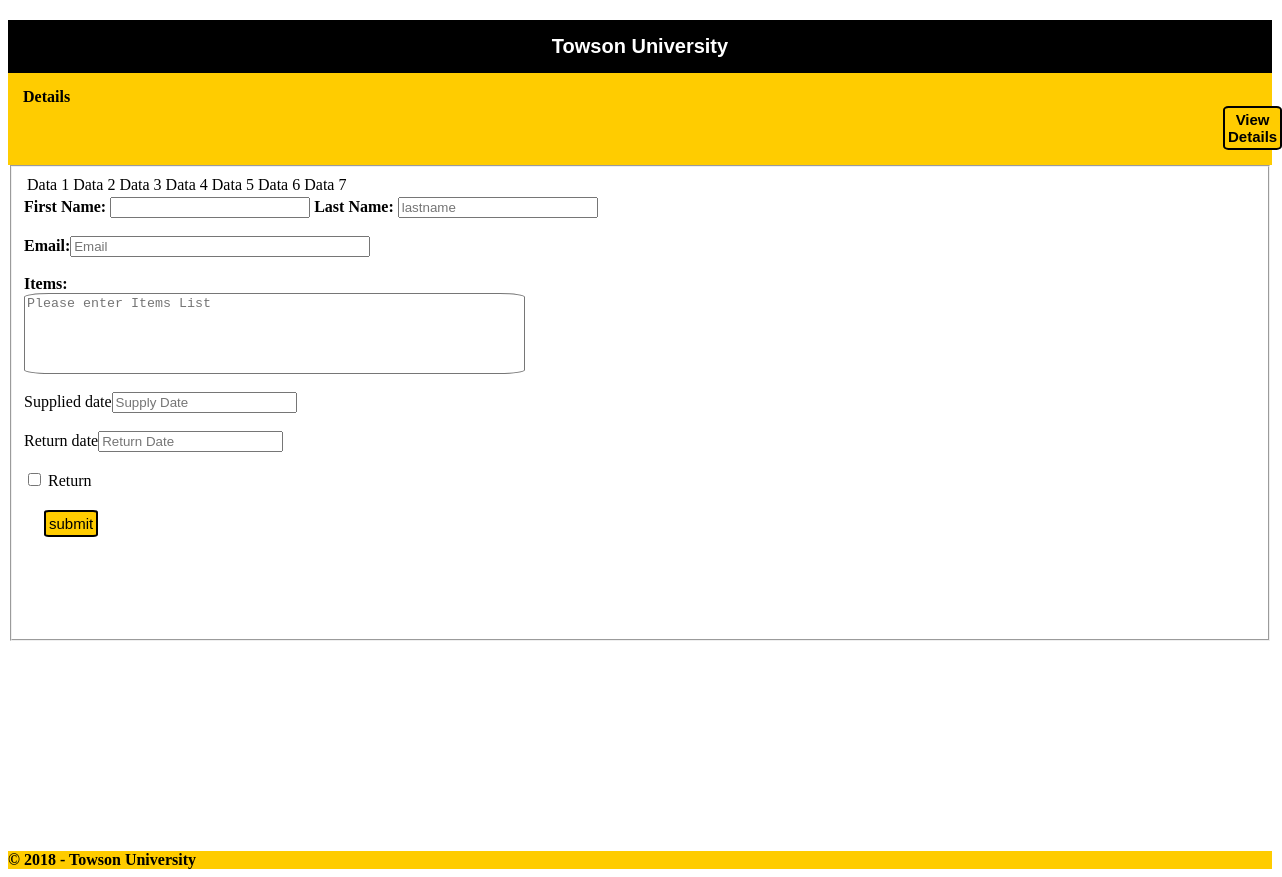
Repository: DatabaseCOSC578/eclipse-workspace11
Page: http://localhost/Supervisor/Supervisorshow.jsp
These files come from the project's save history. The page is drawn as it stood at one moment and after the next save; the edit follows.
The browser window is 1280 px wide. The page is 1282 px wide, so the pictures cover 1282 px, including what lies to the right of the window. The pictures show the whole page.
The page is served by Tomcat 9. Other server files are loaded and not shown.

Above is the page before, as saved 2018-04-16 03:02:25.

### Supervisor/WebContent/Supervisorshow.jsp
<html>
<head>
    <link href="css/layout1.css" rel="stylesheet">
</head>
<body>
<header><center>Towson University</center></header>
<form name="inputdetails" action="store" method="post" id="form1">
<div><b>Details</b>


<button id ="b1" type="submit" formaction="Supervisorshow.jsp">View Details</button>


</div>
<fieldset>

<TABLE>
   <TR>
      <TD>Data 1</TD>
      <TD>Data 2</TD>
      <TD>Data 3</TD>
      <TD>Data 4</TD>
      <TD>Data 5</TD>
      <TD>Data 6</TD>
      <TD>Data 7</TD>
   </TR>
</TABLE>









<b>First Name:</b> <input type=text style="width: 200px;" name="fname "> <b>Last Name:</b> <input type=text style="width: 200px;" name="lname " placeholder="lastname"><br><br>
<b>Email:</b><input type=text style="width: 300px; align:center;" name="custname" placeholder="Email "><br><br>
<b>Items:</b></br>
<textarea rows="5" cols="60"  maxlength="260" name="items" placeholder="Please enter Items List">
</textarea> <br><br>

Supplied date<input type=text name="sdate" placeholder="Supply Date" ><br><br>
Return date<input type=text name="rdate" placeholder="Return Date" ><br><br>
<input type="checkbox" name="return" value="1"> Return<br>
<input type=submit value=submit> <br><br><br><br><br>
</fieldset>
</form>
</body>
<footer> &copy 2018 - Towson University</footer>
</html>

### Supervisor/WebContent/css/layout1.css
header {
	position: relative;
	color: #FFFFFF;
	font-family: sans-serif;
	font-size: 20px;
	text-align:left;
	background-color: #000000;
	margin: 20;
	margin-left:0;
	margin-bottom:0;
	margin-right:0;

	padding: 15;
	font-weight:700;
}

div {
	background-color: #fc0;
	margin: 0;
	margin-top:0;
	padding: 15;
}

#fs {
	margin-top: 5;
	border: solid;
}

footer {
	font-weight: 800;
	text-color: solid #000000;
	background-color: #fc0;
	margin-top: 210;
}
textarea{
	resize:none;
	border-radius:5%;
}
input[type="submit"] {
	align:center;
	margin: 20px;
	background-color: #fc0;
	padding: 3;
	text-align:center;
	text-weight: 700;
	border: solid 2px;
	font-size: 15;
	border-radius: 9%;
}
input[type="submit"]:hover {
	cursor:pointer;
}

#abc{
align:center;
margin-left:800;
}

#b1 {
		align:center;
	margin-left: 1200;
	background-color: #fc0;
	padding: 3;
	text-align:center;
	text-weight: 700;
	border: solid 2px;
	font-size: 15;
	font-weight:700;
	border-radius: 9%;
	position:relative;
}

#b1:hover {
	cursor:pointer;
}

After the next save:
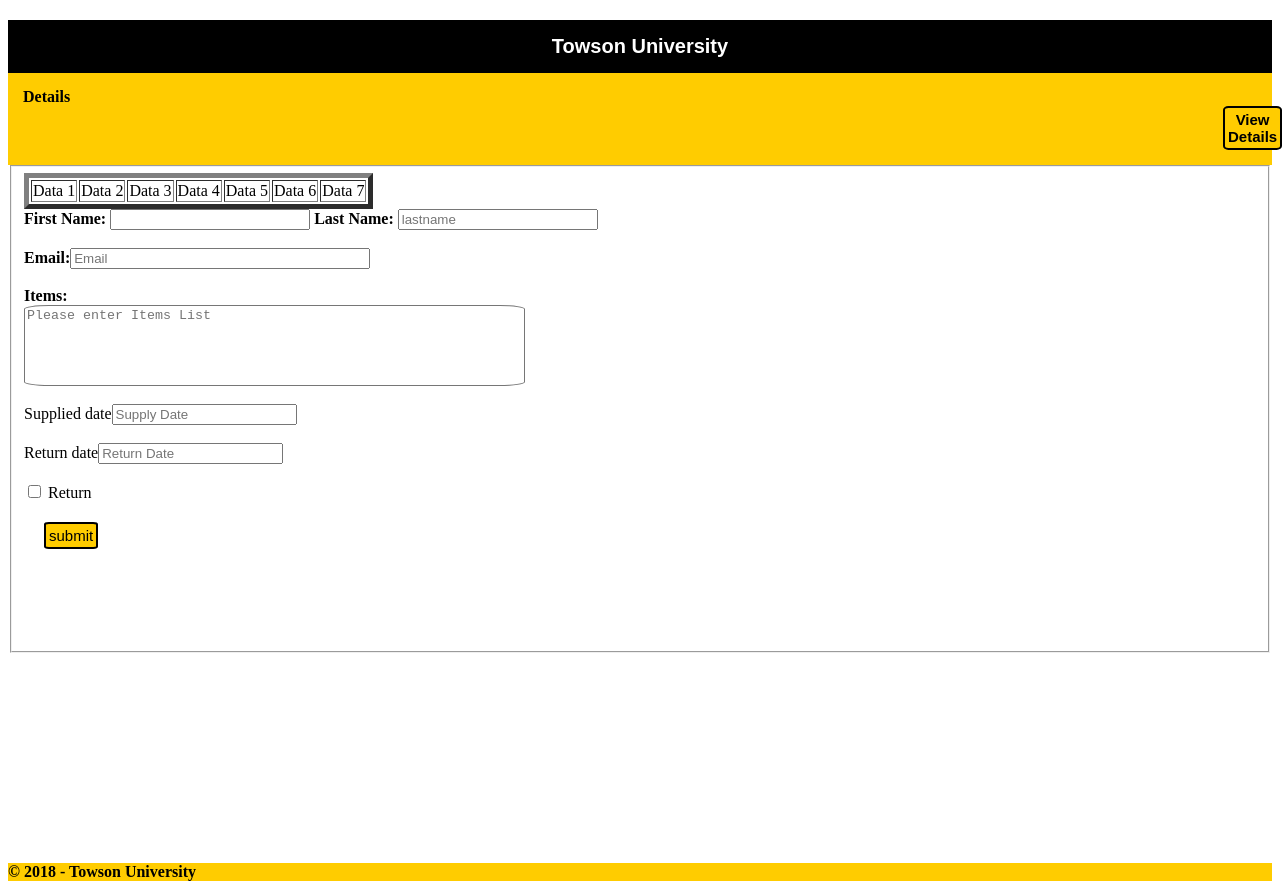
Saved 47 s later.
--- a/Supervisor/WebContent/Supervisorshow.jsp
+++ b/Supervisor/WebContent/Supervisorshow.jsp
@@ -14,7 +14,7 @@
 </div>
 <fieldset>
 
-<TABLE>
+<TABLE  BORDER="5">
    <TR>
       <TD>Data 1</TD>
       <TD>Data 2</TD>
